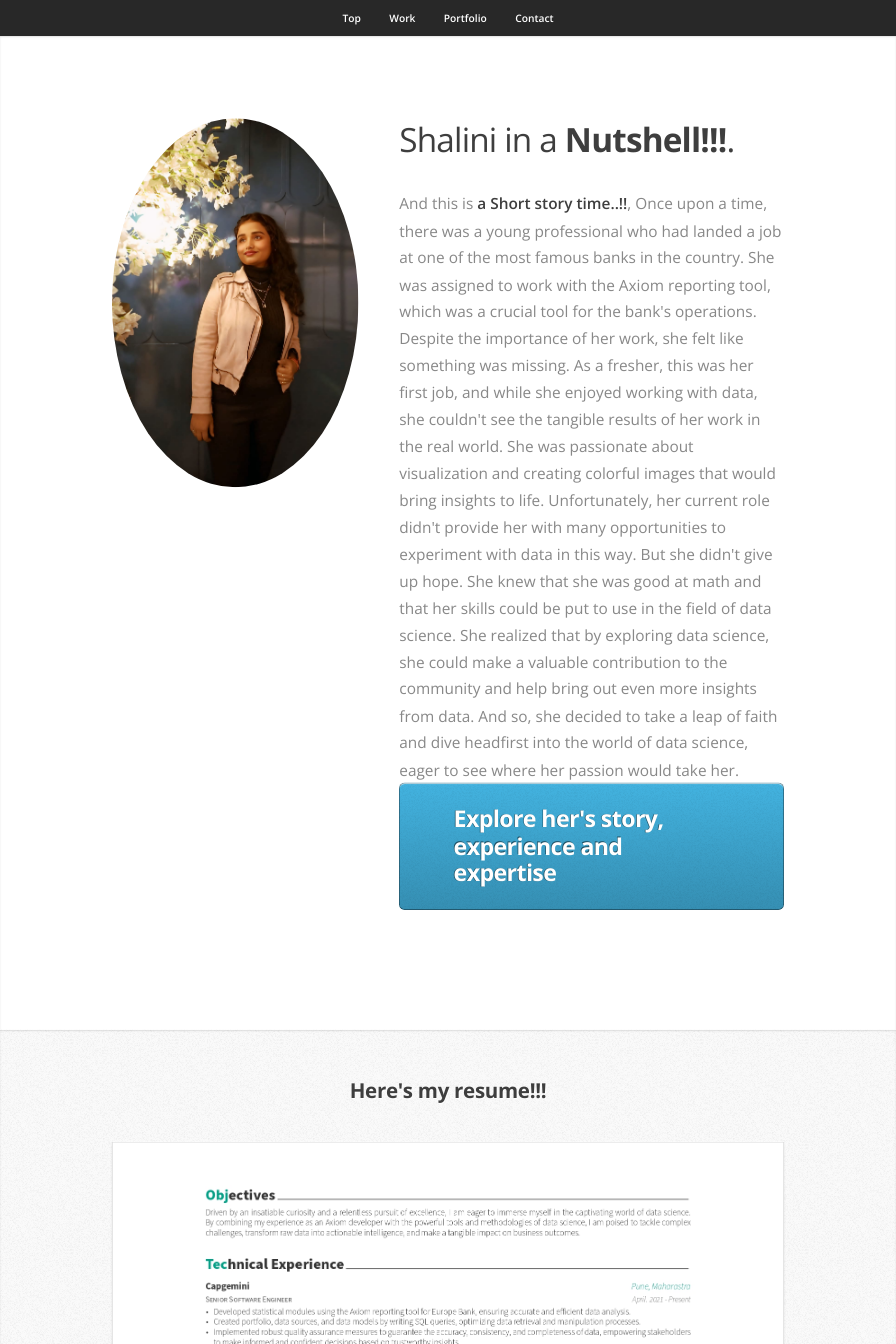
Repository: Shalini-Nanda-ds/Shalini-s-portfolio
Page: index.html
An editor plug-in stored every save of this project. The page is shown before and after the next save, followed by the edit.
The browser window is 1280 px wide. The pictures show the part of the page from y = 0 to 1920 px (the page is 4530 px tall), at 70% of full size.

Above is the page before, as saved 2025-03-21 11:27:19.

After the next save:
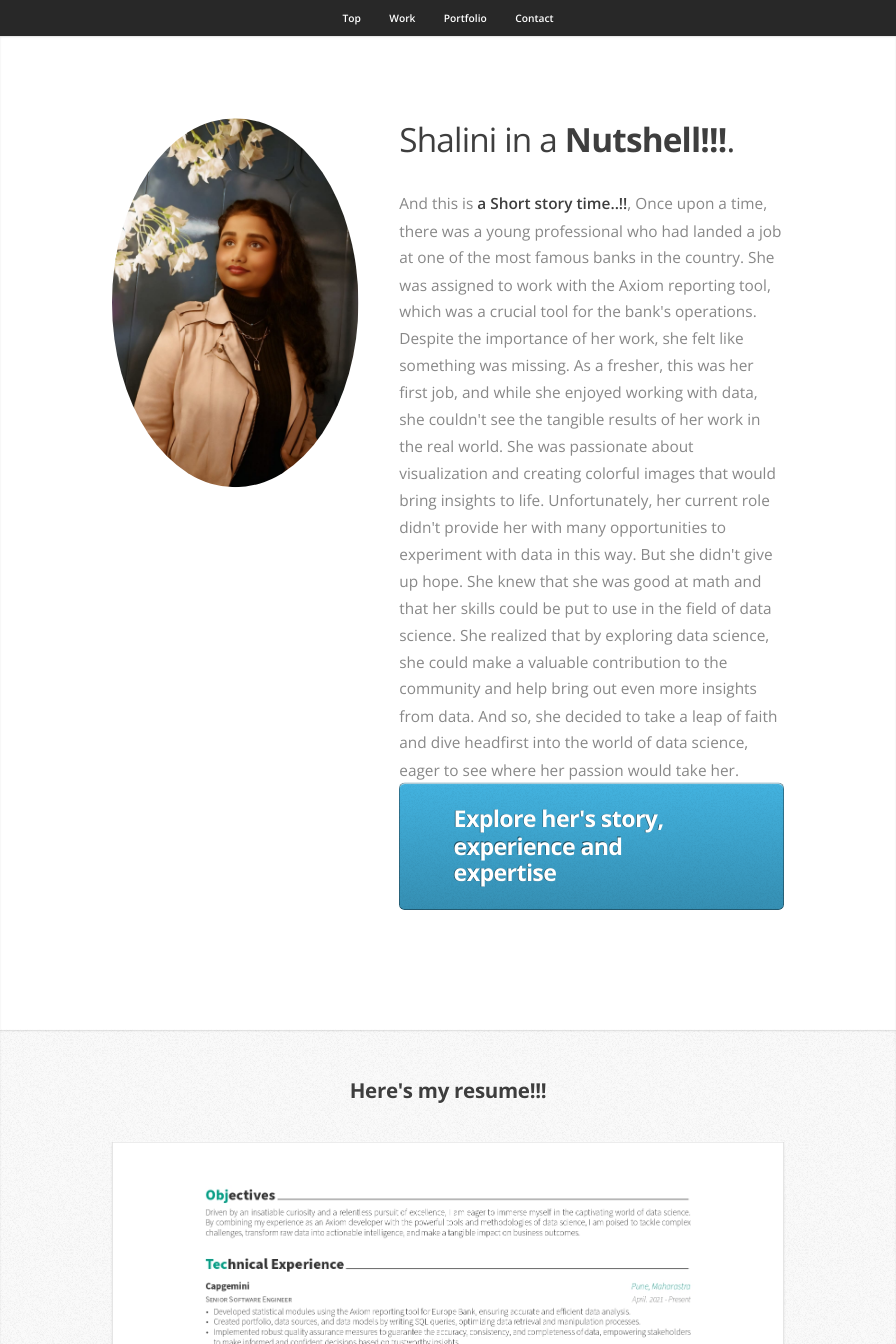
Saved 70 s later.
--- a/index.html
+++ b/index.html
@@ -28,7 +28,7 @@
 				<div class="container">
 					<div class="row">
 						<div class="col-4 col-5-large col-12-medium">
-							<span class="image fit"><img src="images\portfolio_1.jpeg" alt="" /></span>
+							<span class="image fit"><img src="images\portfolio_2.jpeg" alt="" /></span>
 						</div>
 						<div class="col-8 col-7-large col-12-medium">
 							<header>
